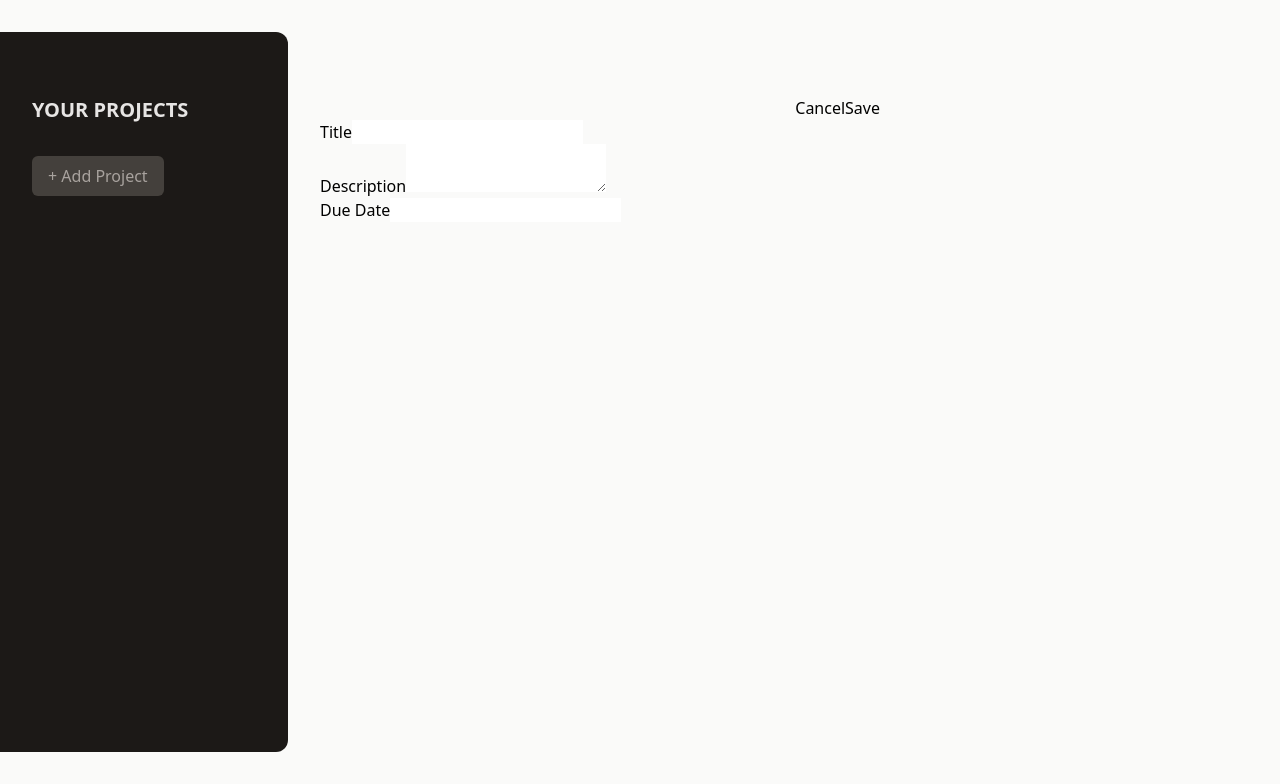
Repository: collyrium921/project-management
Page: /
The author's editor kept a copy of each file at every save. The page is drawn from the files as they stood at one save, then again after the next save.
The browser window is 1280 px wide. The pictures show the whole page.
The project was rebuilt for these pictures with package versions that can differ from the ones it lists, and the page was loaded fresh each time. Also part of the build but not shown: vite.config.js.

Above is the page before, as saved 2024-07-11 01:55:58.

After the next save:
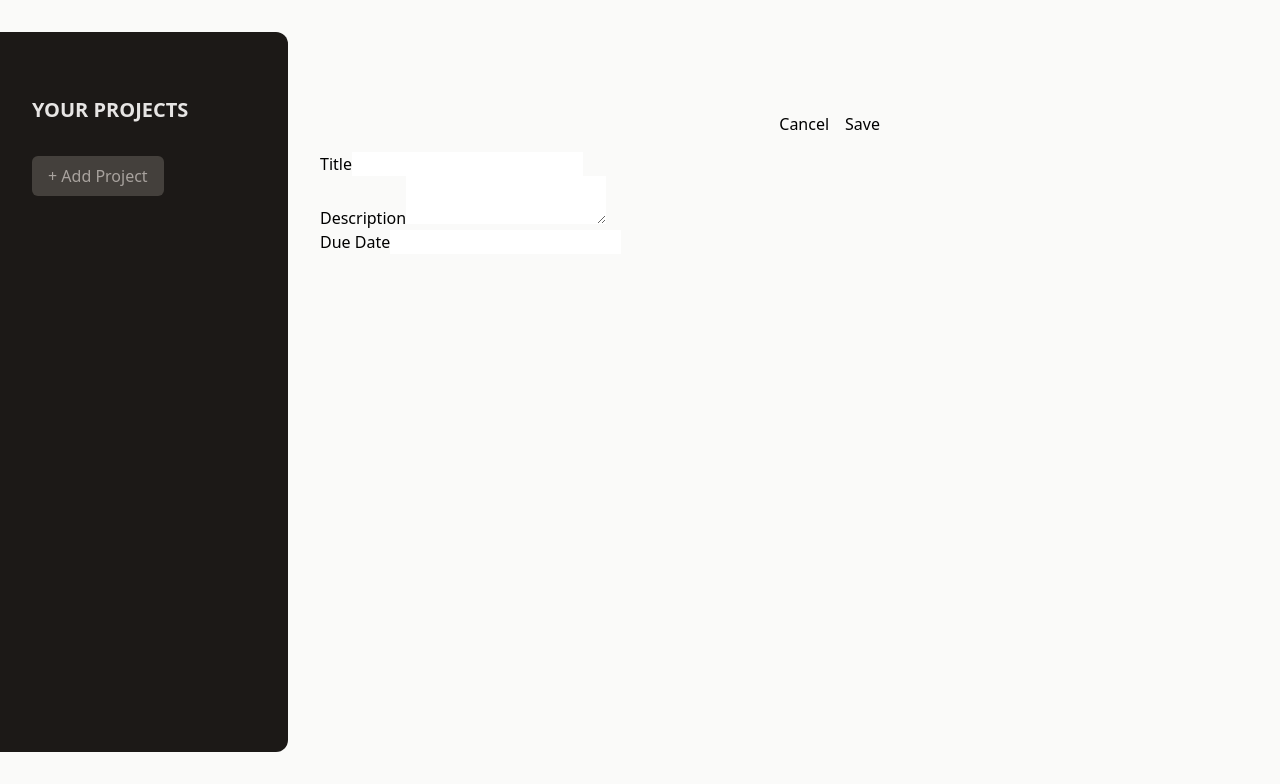
Saved 13 s later.
--- a/src/components/NewProject.jsx
+++ b/src/components/NewProject.jsx
@@ -3,7 +3,7 @@ import Input from "./Input";
 export default function NewProject() {
   return (
     <div className="w-[35rem] mt-16">
-      <menu className="flex items-center justify-end">
+      <menu className="flex items-center justify-end gap-4 my-4">
         <li>
           <button>Cancel</button>
         </li>
